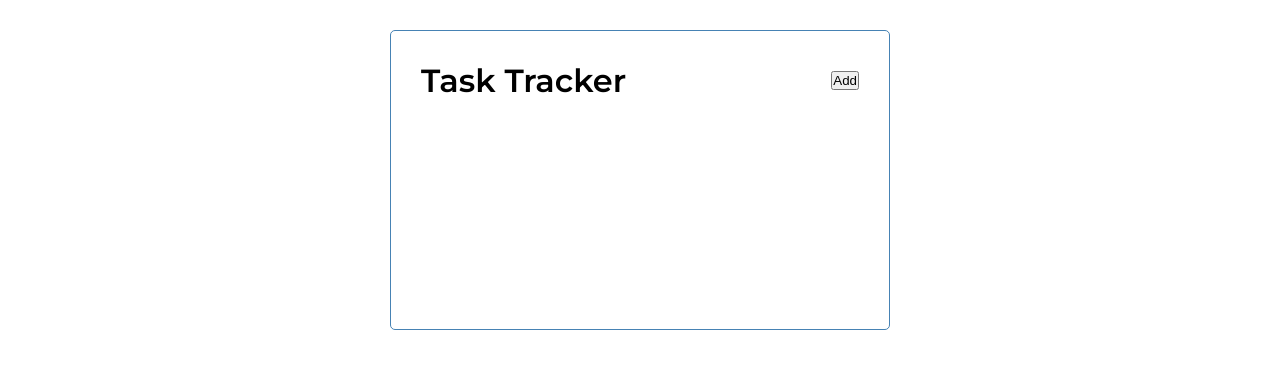
Repository: kate30980/task-tracker-reactjs
Page: /
These files come from the project's save history. The page is drawn as it stood at one moment and after the next save; the edit follows.
The browser window is 1280 px wide. The pictures show the whole page.
The project was rebuilt for these pictures with package versions that can differ from the ones it lists, and the page was loaded fresh each time.

Above is the page before, as saved 2021-09-19 14:49:20.

### public/index.html
<!DOCTYPE html>
<html lang="en">

<head>
  <meta charset="utf-8" />
  <link rel="icon" href="%PUBLIC_URL%/favicon.ico" />
  <meta name="viewport" content="width=device-width, initial-scale=1" />
  <meta name="theme-color" content="#000000" />
  <meta name="description" content="Web site created using create-react-app" />
  <link rel="apple-touch-icon" href="%PUBLIC_URL%/logo192.png" />
  <!--
      manifest.json provides metadata used when your web app is installed on a
      user's mobile device or desktop. See https://developers.google.com/web/fundamentals/web-app-manifest/
    -->
  <link rel="manifest" href="%PUBLIC_URL%/manifest.json" />
  <!--
      Notice the use of %PUBLIC_URL% in the tags above.
      It will be replaced with the URL of the `public` folder during the build.
      Only files inside the `public` folder can be referenced from the HTML.

      Unlike "/favicon.ico" or "favicon.ico", "%PUBLIC_URL%/favicon.ico" will
      work correctly both with client-side routing and a non-root public URL.
      Learn how to configure a non-root public URL by running `npm run build`.
    -->
  <title>Task Tracker</title>
</head>

<body>
  <noscript>You need to enable JavaScript to run this app.</noscript>
  <div id="root"></div>
  <!--
      This HTML file is a template.
      If you open it directly in the browser, you will see an empty page.

      You can add webfonts, meta tags, or analytics to this file.
      The build step will place the bundled scripts into the <body> tag.

      To begin the development, run `npm start` or `yarn start`.
      To create a production bundle, use `npm run build` or `yarn build`.
    -->
</body>

</html>

### src/index.css

@import url('https://fonts.googleapis.com/css2?family=Montserrat:wght@300;400;600&display=swap');

*{
  box-sizing: border-box;
  margin:0;
  padding:0;
}

body {
  font-family: 'Montserrat', sans-serif;
}

.container {
  max-width: 500px;
  margin: 30px auto;
  overflow: auto;
  min-height: 300px;
  border: 1px solid steelblue;
  padding: 30px;
  border-radius: 5px;
}
.header{
  display: flex;
  justify-content: space-between;
  align-items: center;
  margin-bottom: 20px;
}
.btn{
  display: inline-block;
  background: #000;color: #fff;
  border: none;
  padding: 10px 20px;
  margin: 5px;
  border-radius:5px;
  cursor: pointer;
  text-decoration: none;
  font-size: 15px;
  font-family: inherit;
}
.btn:focus{
  outline: none;
}
.btn:active{
  transform:scale(0.98);
}
.btn-block{
  display: block;
  width: 100%;
}
.event{
  background:#f4f4f4;
  margin: 5px;
  padding: 10px 20px;
  cursor: pointer;
}
.event .reminder{
  border-left: 5px solid green;
}
.event h3{
  display: flex;
  align-items:center;
  justify-content: space-between;
}
.add-form{
  margin-bottom: 40px;
}
.from-control{
  margin: 20px 0;
}
.from-control label {
  display: block;
}
.from-control input{
  width: 100%;
  height: 40px;
  margin: 5px;
  padding: 3px 7px;
  font-size: 17px;
}
.form-control-check{
  display: flex;
  align-items: center;
  justify-content: space-between;
}
.form-control-check label{
  flex: 1;
}
.form-control-check input {
  flex: 2;
  height: 20px;
}
footer{
  margin-top: 30px;
  text-align: center;
}

### src/components/Header.js
import PropTypes from "prop-types";

const Header = ({ title }) => {
  return (
    <header className="header">
      <h1>{title}</h1>
      <button>Add</button>
    </header>
  );
};

Header.defaultProps = {
  title: "Task Tracker",
};

Header.propTypes = {
  title: PropTypes.string.isRequired,
};

export default Header;

Loaded but not shown: src/index.js (common file); src/App.js (common file); src/reportWebVitals.js (common file)

After the next save:
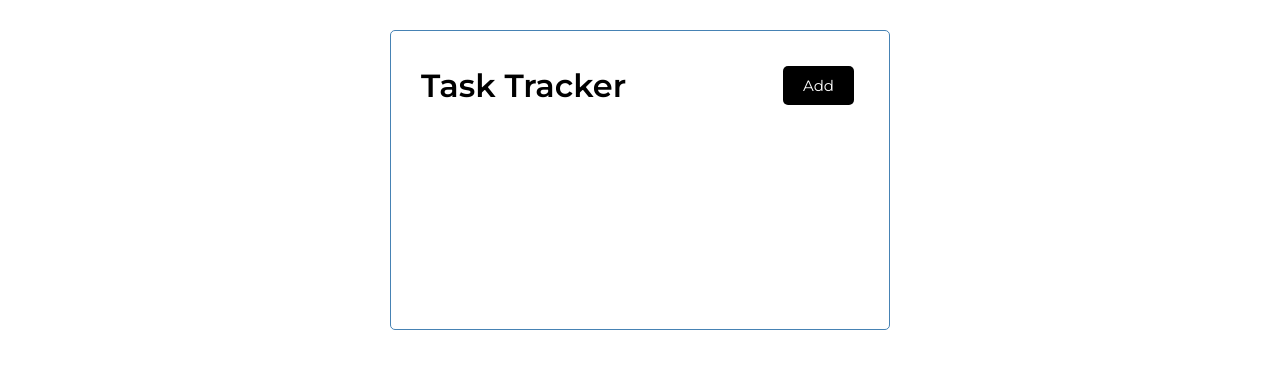
Saved 21 s later.
--- a/src/components/Header.js
+++ b/src/components/Header.js
@@ -4,7 +4,7 @@ const Header = ({ title }) => {
   return (
     <header className="header">
       <h1>{title}</h1>
-      <button>Add</button>
+      <button className="btn">Add</button>
     </header>
   );
 };
